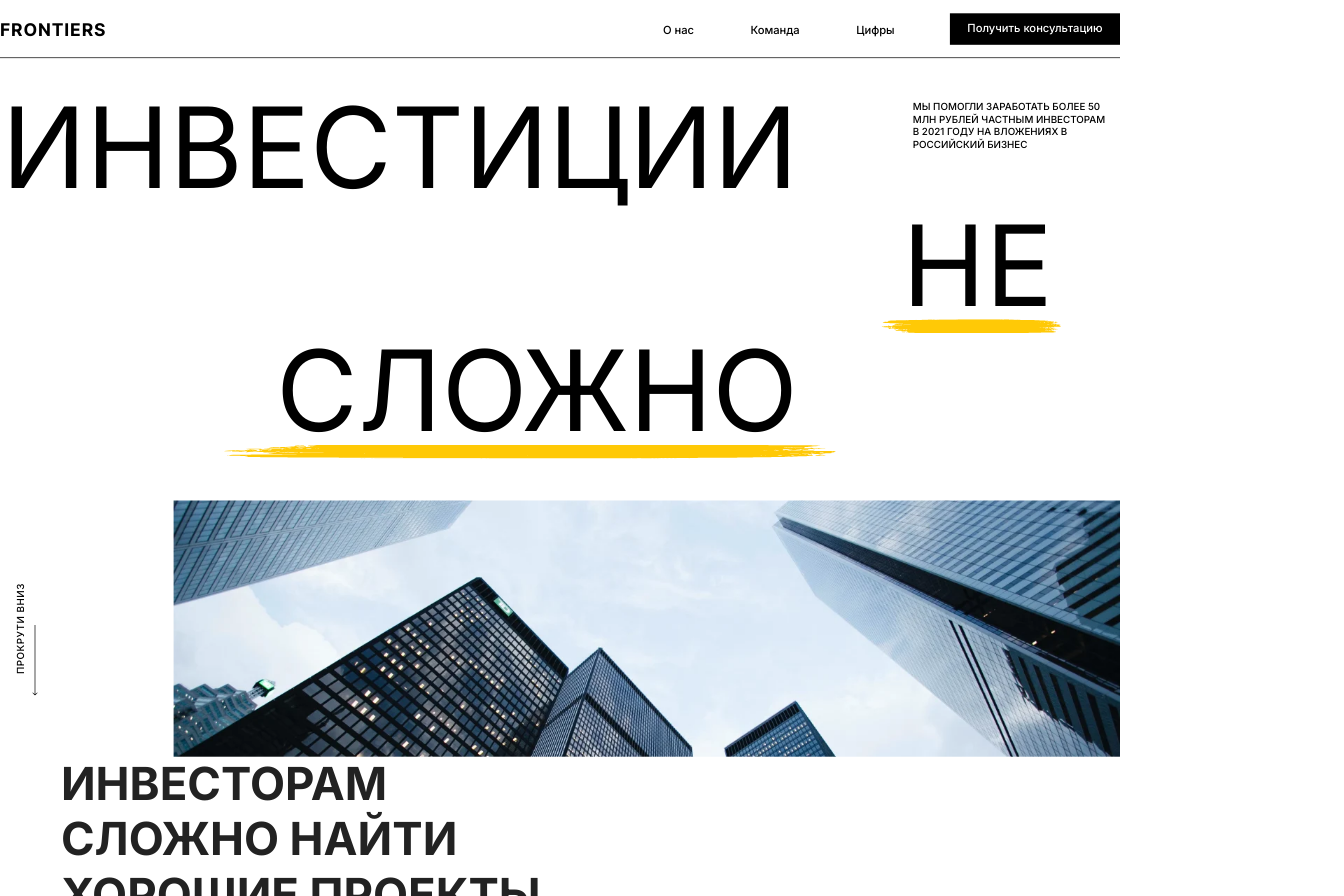
Repository: NadyaKorvin/frontiers
Page: /
An editor plug-in stored every save of this project. The page is shown before and after the next save, followed by the edit.
The browser window is 1280 px wide. The page is 1920 px wide, so the pictures cover 1920 px, including what lies to the right of the window. The pictures show the part of the page from y = 0 to 1280 px (the page is 2633 px tall), at 70% of full size.
The project was rebuilt for these pictures with package versions that can differ from the ones it lists, and the page was loaded fresh each time.

Above is the page before, as saved 2022-05-26 17:32:44.

### public/index.html
<!DOCTYPE html>
<html lang="en">
  <head>
    <meta charset="utf-8" />
    <link rel="icon" href="%PUBLIC_URL%/favicon.ico" />
    <meta name="viewport" content="width=device-width, initial-scale=1" />
    <meta name="theme-color" content="#000000" />
    <meta name="description" content="Web site created using create-react-app" />
    <link rel="apple-touch-icon" href="%PUBLIC_URL%/logo192.png" />
    <link rel="manifest" href="%PUBLIC_URL%/manifest.json" />
    <link rel="preconnect" href="https://fonts.googleapis.com" />
    <link rel="preconnect" href="https://fonts.gstatic.com" crossorigin />
    <link href="https://fonts.googleapis.com/css2?family=Inter:wght@300;400;500;700&display=swap" rel="stylesheet" />
    <title>FRONTIERS</title>
  </head>
  <body>
    <noscript>You need to enable JavaScript to run this app.</noscript>
    <div id="root"></div>
  </body>
</html>

### src/index.js
import React from "react"
import ReactDOM from "react-dom/client"

import App from "./App"

const root = ReactDOM.createRoot(document.getElementById("root"))
root.render(
  <React.StrictMode>
    <App />
  </React.StrictMode>
)

### src/App.js
import { useState } from "react";
import "./App.css";
import { SecondScreenAnimation } from "./components/secondScreen/SecondScreenAnimation";
import FirstScreen from "./components/firstScreen/FirstScreen";
import LastScreen from "./components/lastScreen/LastScreen";

function App() {
  const [mousePosition, setMousePosition] = useState("");

  const listenUpperMousePosition = (event) => {
    console.log(event);
    console.log(event.target);
    setMousePosition(event.target);
  };

  return (
    <>
      <FirstScreen />
      <div className="App">
        <SecondScreenAnimation listenMousePosition={listenUpperMousePosition} />
      </div>
      <LastScreen />
    </>
  );
}
export default App;

### src/App.css
@import url("./reset.css");
@import url("./components/secondScreen/SecondScreen.css");
@import url("./font/font.css");
@import url("./components/firstScreen/FirstScreen.css");
@import url("./components/lastScreen/LastScreen.css");
@import url("./components/button/Button.css");
@import url("./components/form/Form.css");

body {
  font-family: "Inter";
}

### src/components/secondScreen/SecondScreenAnimation.js
export function SecondScreenAnimation({ listenMousePosition, mousePosition }) {
  let goUp = ""
  const goUpBlackLines = (mousePosition) => {
    if (mousePosition === "animation__text_first_part") {
      goUp = "up"
      return goUp
    }
  }
  goUpBlackLines(mousePosition)
  console.log(goUp)
  return (
    <div className="animation__text_block">
      {goUp != "up" ? (
        <div>
          <div className="animation__text" onMouseOver={listenMousePosition}>
            <p className="animation__text_first_part">Инвесторам сложно найти хорошие проекты,</p>
            <p className="animation__text_second_part">а хорошим проектам — инвестиции.</p>
          </div>
          <div className="animation__black_lines">
            <div className="animation__1th_black_line"></div>
            <div className="animation__2th_black_line"></div>
            <div className="animation__3th_black_line"></div>
          </div>
        </div>
      ) : (
        <div>
          <div className="animation__text" onMouseOver={listenMousePosition}>
            <p className="animation__text_first_part" style={{ color: "#fff" }}>
              Инвесторам сложно найти хорошие проекты,
            </p>
            <p className="animation__text_second_part" style={{ color: "#000" }}>
              а хорошим проектам — инвестиции.
            </p>
          </div>
          <div className="animation__black_lines">
            <div className="animation__1th_black_line" style={{ width: "484px", marginTop: "-475px" }}></div>
            <div className="animation__2th_black_line" style={{ width: "586px" }}></div>
            <div className="animation__3th_black_line" style={{ width: "722px" }}></div>
          </div>
        </div>
      )}
    </div>
  )
}

### src/components/lastScreen/LastScreen.js
import React from "react";
import Form from "../form/Form"
import LogoKojo from "./LogoKojo"

export default function LastScreen() {
  return (
    <>
      <section className="lastscreen">
        <div className="lastscreen__wrapper">
          <div className="lastscreen__left_content">
            <p>
              ОТПРАВЬТЕ НАМ ЗАЯВКУ НА КОНСУЛЬТАЦИЮ И МЫ ПОДБЕРЕМ ДЛЯ ВАС
              НАИБОЛЕЕ ПОДХОДЯЩУЮ СТРАТЕГИЮ
            </p>
          </div>
          <div className="lastscreen__right_content">
            <div className="lastscreen__text_form">
              <p>ЗАПОЛНИТЕ ФОРМУ И МЫ С ВАМИ СВЯЖЕМСЯ В БЛИЖАЙШЕЕ ВРЕМЯ</p>
            </div>
            <Form />
          </div>
        </div>
        <footer className="lastscreen__footer">
          <div className="lastscreen__contact">
            <p>КОНТАКТЫ</p>
            <p>Санкт-Петербург, Невский пр-кт, 71 (5 этаж)</p>
            <p>+7 000 987 6543</p>
            <p><a href="mailto:info@frontiers.ru" >info@frontiers.ru</a></p>
          </div>
          <div className="lastscreen__design">
            <p>Дизайн и разработка</p>
            <LogoKojo />
          </div>
          <div className="lastscreen__frontiers">
            <p>FRONTIERS</p>
            <p>Политика конфиденциальности</p>
            <p>© 2022 Frontiers Group</p>
          </div>
        </footer>
      </section>
    </>
  );
}

### src/reset.css
html,
body,
div,
span,
applet,
object,
iframe,
h1,
h2,
h3,
h4,
h5,
h6,
p,
blockquote,
pre,
a,
abbr,
acronym,
address,
big,
cite,
code,
del,
dfn,
em,
img,
ins,
kbd,
q,
s,
samp,
small,
strike,
strong,
sub,
sup,
tt,
var,
b,
u,
i,
center,
dl,
dt,
dd,
ol,
ul,
li,
fieldset,
form,
label,
legend,
table,
caption,
tbody,
tfoot,
thead,
tr,
th,
td,
article,
aside,
canvas,
details,
embed,
figure,
figcaption,
footer,
header,
hgroup,
menu,
nav,
output,
ruby,
section,
summary,
time,
mark,
audio,
video {
  margin: 0;
  padding: 0;
  border: 0;
  font-size: 100%;
  font: inherit;
  vertical-align: baseline;
}

:focus {
  outline: 0;
}

article,
aside,
details,
figcaption,
figure,
footer,
header,
hgroup,
menu,
nav,
section {
  display: block;
}

body {
  line-height: 1;
}

ol,
ul {
  list-style: none;
}

blockquote,
q {
  quotes: none;
}

blockquote:before,
blockquote:after,
q:before,
q:after {
  content: "";
  content: none;
}

table {
  border-collapse: collapse;
  border-spacing: 0;
}

input[type="search"]::-webkit-search-cancel-button,
input[type="search"]::-webkit-search-decoration,
input[type="search"]::-webkit-search-results-button,
input[type="search"]::-webkit-search-results-decoration {
  -webkit-appearance: none;
  -moz-appearance: none;
}

input[type="search"] {
  -webkit-appearance: none;
  -moz-appearance: none;
  -webkit-box-sizing: content-box;
  -moz-box-sizing: content-box;
  box-sizing: content-box;
}

textarea {
  overflow: auto;
  vertical-align: top;
  resize: vertical;
}

[hidden] {
  display: none;
}

html {
  font-size: 100%; /* 1 */
  -webkit-text-size-adjust: 100%; /* 2 */
  -ms-text-size-adjust: 100%; /* 2 */
}

a:focus {
  outline: thin dotted;
}

a:active,
a:hover {
  outline: 0;
}

img {
  border: 0;
  -ms-interpolation-mode: bicubic;
}

figure {
  margin: 0;
}

form {
  margin: 0;
}

fieldset {
  border: 1px solid #c0c0c0;
  margin: 0 2px;
  padding: 0.35em 0.625em 0.75em;
}

legend {
  border: 0; /* 1 */
  padding: 0;
  white-space: normal; /* 2 */
  *margin-left: -7px; /* 3 */
}

button,
input,
select,
textarea {
  font-size: 100%; /* 1 */
  margin: 0; /* 2 */
  vertical-align: baseline; /* 3 */
  *vertical-align: middle; /* 3 */
}

button,
input {
  line-height: normal;
}

button,
select {
  text-transform: none;
}

button,
html input[type="button"], /* 1 */
input[type="reset"],
input[type="submit"] {
  -webkit-appearance: button; /* 2 */
  cursor: pointer; /* 3 */
  *overflow: visible; /* 4 */
}

button[disabled],
html input[disabled] {
  cursor: default;
}

input[type="checkbox"],
input[type="radio"] {
  box-sizing: border-box; /* 1 */
  padding: 0; /* 2 */
  *height: 13px; /* 3 */
  *width: 13px; /* 3 */
}

input[type="search"] {
  -webkit-appearance: textfield; /* 1 */
  -moz-box-sizing: content-box;
  -webkit-box-sizing: content-box; /* 2 */
  box-sizing: content-box;
}

input[type="search"]::-webkit-search-cancel-button,
input[type="search"]::-webkit-search-decoration {
  -webkit-appearance: none;
}

button::-moz-focus-inner,
input::-moz-focus-inner {
  border: 0;
  padding: 0;
}

textarea {
  overflow: auto; /* 1 */
  vertical-align: top; /* 2 */
}

table {
  border-collapse: collapse;
  border-spacing: 0;
}

html,
button,
input,
select,
textarea {
  color: #222;
}

::-moz-selection {
  background: #b3d4fc;
  text-shadow: none;
}

::selection {
  background: #b3d4fc;
  text-shadow: none;
}

img {
  vertical-align: middle;
}

fieldset {
  border: 0;
  margin: 0;
  padding: 0;
}

textarea {
  resize: vertical;
}

.chromeframe {
  margin: 0.2em 0;
  background: #ccc;
  color: #000;
  padding: 0.2em 0;
}

### src/components/secondScreen/SecondScreen.css
.second__screen {
  display: flex;
  justify-content: space-between;
  margin: 0 auto;
  margin-top: 174px;
  /* придкмать решение сделать по центру*/
  display: flex;
  width: 1600px;
  height: 733px;
}

.animation__text_block {
  display: block;
  margin-left: 87px;
}

.animation__text_first_part,
.animation__text_second_part {
  width: 770px;
  text-transform: uppercase;
  font-size: 65px;
  font-weight: 700;
  line-height: 79px;
  transition: 0.6s ease-out;
}

.animation__text_second_part {
  color: #fff;
}

.animation__black_lines {
  margin-left: -10px;
  margin-top: -236px;
}

.animation__1th_black_line {
  margin-bottom: 5px;
  height: 75px;
  width: 444px;
  background-color: #000;
  transition: 0.6s ease-out;
}

.animation__2th_black_line {
  margin-bottom: 5px;
  height: 75px;
  width: 475px;
  background-color: #000;
  transition: 0.6s ease-out;
}
.animation__3th_black_line {
  height: 75px;
  width: 502px;
  background-color: #000;
  transition: 0.6s ease-out;
}

.right__part {
  display: flex;
  margin-left: 190px;
  flex-direction: column;
}

.conversation__image {
  margin-right: 222px;
  display: block;
  width: 400px;
  height: 400px;
  background: url("../secondScreen/people.png");
}

.decoration_marks {
  margin-top: -110px;
  transform: rotate(-180deg);
  font-size: 200px;
  font-weight: 300;
}

.text_paragraph {
  margin-left: 90px;
  width: 431px;
  font-size: 18px;
  font-weight: 400;
  line-height: 23px;
  text-transform: uppercase;
  line-height: 130%;
}

### src/font/font.css
@font-face {
  font-family: "Inter";
  src:
    url("./Inter-Bold.ttf") format("truetype")
    url("./Inter-Bold.woff2") format("woff2"),
    url("./Inter-Bold.woff") format("woff");
  font-weight: 700;
  font-style: normal;
  font-stretch: normal;
  unicode-range: U+0020-E0D0;
}

@font-face {
  font-family: "Inter";
  src:
    url("./Inter-Regular.woff2") format("woff2"),
    url("./Inter-Regular.ttf") format("truetype")
    url("./Inter-Regular.woff") format("woff");
  font-weight: 400;
  font-style: normal;
  font-stretch: normal;
  unicode-range: U+0020-E0D0;
}

@font-face {
    font-family:'Inter Medium';
    src:
        url("./Inter-Medium.ttf") format("truetype")
        url('Inter-Medium.woff2') format('woff2'),
		url('Inter-Medium.woff') format('woff');
    font-weight: 500;
    font-style: normal;
    font-stretch: normal;
    unicode-range: U+0020-E0D0;
}

@font-face {
    font-family:'Inter Light';
    src:
        url("./Inter-Light.ttf") format("truetype")
        url('Inter-Light.woff2') format('woff2'),
		url('Inter-Light.woff') format('woff');
    font-weight: 300;
    font-style: normal;
    font-stretch: normal;
    unicode-range: U+0020-E0D0;
}

### src/components/firstScreen/FirstScreen.css
.firstscreen {
  height: 1080px;
}

.firstscreen__header {
  width: 1600px;
  height: 82px;
  margin: 0 auto;
  border-bottom: 1px solid #000000;
  display: flex;
  justify-content: space-between;
}

.firstscreen__logotype {
  width: 151px;
  height: 30px;
  padding-top: 27px;
  font-family: "Inter";
  font-style: normal;
  font-weight: 700;
  font-size: 25px;
  line-height: 30px;
  letter-spacing: 0.05em;
  color: #000000;
}

.firstscreen__menu {
  width: 653px;
  display: flex;
  justify-content: space-between;
}

.firstscreen__nav {
  margin-top: 33px;
  width: 331px;
}

.firstscreen__nav_team {
  display: flex;
  justify-content: space-between;
  font-family: "Inter";
  font-style: normal;
  font-weight: 500;
  font-size: 16px;
  line-height: 19px;
  color: #000000;
}

.firstscreen__button {
  margin-top: 19px;
  width: 243px;
  height: 45px;
  background: #000000;
}

.firstscreen__text_btn {
  padding-top: 12px;
  padding-bottom: 12px;
  font-family: "Inter";
  font-style: normal;
  font-weight: 500;
  font-size: 16px;
  line-height: 19px;
  text-align: center;
  color: #ffffff;
}

.firstscreen__content {
  margin: 0 auto;
  width: 1600px;
  margin-top: 30px;
  display: flex;
}

.firstscreen__content_left_text {
  width: 1140px;
  height: 542px;
  display: flex;
  flex-direction: column;
  justify-content: space-between;
  text-align: end;
  font-family: "Inter";
  font-style: normal;
  font-weight: 400;
  font-size: 160px;
  line-height: 194px;
  text-transform: uppercase;
  color: #000000;
}

.firstscreen__content_vector_complex {
  margin-top: -20px;
  margin-left: 320px;
  width: 874px;
  height: 20px;
  background: url("./complex.svg");
}

.firstscreen__content_rihgt_text {
  margin-top: 30px;
  margin-left: 164px;
  width: 279px;
  height: 332px;
}

.firstscreen__content_rihgt_text_up {
  font-family: "Inter";
  font-style: normal;
  font-weight: 500;
  font-size: 14px;
  line-height: 130%;
  text-transform: uppercase;
  color: #000000;
}

.firstscreen__content_rihgt_text_down {
  margin-top: 66px;
  margin-left: -15px;
  width: 215px;
  height: 194px;
  font-family: "Inter";
  font-style: normal;
  font-weight: 400;
  font-size: 160px;
  line-height: 194px;
  text-transform: uppercase;
  color: #000000;
}

.firstscreen__content_vector_not {
  margin-top: -20px;
  margin-left: -30px;
  width: 256px;
  height: 20px;
  background: url(./not.svg);
}

.firstscreen__content_bottom_content {
  margin: 0 auto;
  margin-top: 60px;
  width: 1600px;
  display: flex;
  justify-content: space-between;
}

.firstscreen__content_bottom_content_left {
  display: flex;
}

.firstscreen__content_bottom_content_left_scrolldown {
  margin-left: 139px;
  font-family: "Inter";
  font-style: normal;
  font-weight: 500;
  font-size: 14px;
  line-height: 17px;
  letter-spacing: 0.05em;
  color: #000000;
  transform: rotate(-90deg);
}

.firstscreen__content_pointer {
  margin-top: 178px;
  margin-left: -223px;
}

.firstscreen__img {
  width: 1352px;
  height: 366px;
  pading-right: 160px;
}

### src/components/lastScreen/LastScreen.css
.lastscreen {
  width: 1920px;
  height: 1080px;
}

.lastscreen__wrapper {
  position: relative;
  top: 109px;
  left: 170px;
  display: flex;
  justify-content: space-between;
  width: 1590px;
  height: 553px;
}

.lastscreen__left_content {
  position: relative;
  width: 775px;
  height: 553px;
  box-sizing: border-box;
  font-family: "Inter";
  font-style: normal;
  font-weight: 700;
  font-size: 65px;
  line-height: 79px;
  text-transform: uppercase;
  color: #000000;
}

.lastscreen__right_content {
  position: relative;
  width: 529px;
  height: 553px;
}

.lastscreen__text_form {
  width: 529px;
  height: 46px;
  left: 1231px;
  top: 4438px;
  font-family: "Inter";
  font-style: normal;
  font-weight: 400;
  font-size: 18px;
  line-height: 130%;
  text-transform: uppercase;
  color: #000000;
}

.lastscreen__footer {
  position: relative;
  margin: 308px 160px 0;
  width: 1600px;
  border-top: 1px solid #000000;
  bottom: 0px;
  display: flex;
  justify-content: space-between;
}

.lastscreen__contact {
  width: 357px;
}

.lastscreen__contact > p:nth-child(1) {
  padding: 33px 0 20px;
  font-family: "Inter";
  font-style: normal;
  font-weight: 700;
  font-size: 25px;
  line-height: 30px;
  color: #000000;
}

.contact > p:nth-child(2),
.contact > p:nth-child(3),
.contact > p:nth-child(4) {
  padding-bottom: 15px;
}

.design {
  padding-top: 150px;
  width: 260px;
  display: flex;
  margin-left: -80px;
  justify-content: space-between;
}

.frontiers {
  width: 250px;
  text-align: end;
}

.lastscreen__frontiers > p:nth-child(1) {
    padding: 30px 0 57px;
    font-family: "Inter";
    font-style: normal;
    font-weight: 700;
    font-size: 25px;
    line-height: 30px;
    color: #000000;
  }

.lastscreen__frontiers > p:nth-child(2),
.lastscreen__frontiers > p:nth-child(3) {
    padding-bottom: 15px;
}

a {
    text-decoration: none;
    color: #000000;
}

### src/components/button/Button.css
.form__button {
  position: relative;
  display: block;
  width: 243px;
  height: 55px;
  font-family: "Inter";
  font-size: 16px;
  background-color: #000000;
  border: 0;
  text-align: center;
  cursor: pointer;
  font-family: "Inter";
  font-style: normal;
  font-weight: 500;
  font-size: 16px;
  line-height: 19px;
  color: #ffffff;
}

### src/components/form/Form.css
.form {
  margin-top: 60px;
  width: 529px;
  height: 355px;
  border-top: 1px solid #d1d1d1;
}

.form__input,
.form__textarea {
  width: 529px;
  height: 80px;
  border: 0;
  outline: none;
  font-size: 18px;
  color: #000000;
  text-transform: uppercase;
}

.form__textarea {
  height: 80px;
  line-height: 80px;
  overflow: hidden;
  /* resize: none; */
}

.form__borders {
  border-bottom: 1px solid #d1d1d1;
}

.form__consent {
  display: -webkit-box;
  display: -ms-flexbox;
  display: flex;
  margin: 30px 0 0;
}

.form__policy_text {
  margin-top: 15px;
  margin-left: 15px;
  width: 250px;
  height: 40px;
  box-sizing: border-box;
  font-family: "Inter";
  font-style: normal;
  font-weight: 400;
  font-size: 13px;
  line-height: 150%;
  color: #787878;
}

.form__checkbox {
  opacity: 0;
  width: 0;
}

.form__checkfake {
  margin: 15px 0;
  display: block;
  width: 15px;
  height: 15px;
  border: 1px solid #1f1f1f;
  cursor: pointer;
}

.form__checkfake::before {
  content: "";
  position: absolute;
  display: block;
  width: 14px;
  height: 14px;
  background: url("./checkmark.svg");
  opacity: 0;
}

.form__checkbox:checked + .form__checkfake::before {
  opacity: 1;
}

.form__focus {
  text-transform: uppercase;
  color: #ff0000;
  margin-bottom: 10px;
  font-size: 13px;
}

.form__focus_consent {
  position: relative;
  top: 10px;
  text-transform: uppercase;
  color: #ff0000;
  font-size: 13px;
}

.form__btn {
    margin-top: 14px;
  position: relative;
  overflow: hidden;
}

### src/components/button/Button.js
import React from "react";

export default function Button({ title }) {
  return (
    <>
      <button className="form__button" >
        {title}
      </button>
    </>
  );
}

Loaded but not shown: src/components/lastScreen/LogoKojo.js (76 lines, source omitted); src/components/form/Form.js (142 lines, source omitted); src/components/firstScreen/FirstScreen.js (72 lines, source omitted)

After the next save:
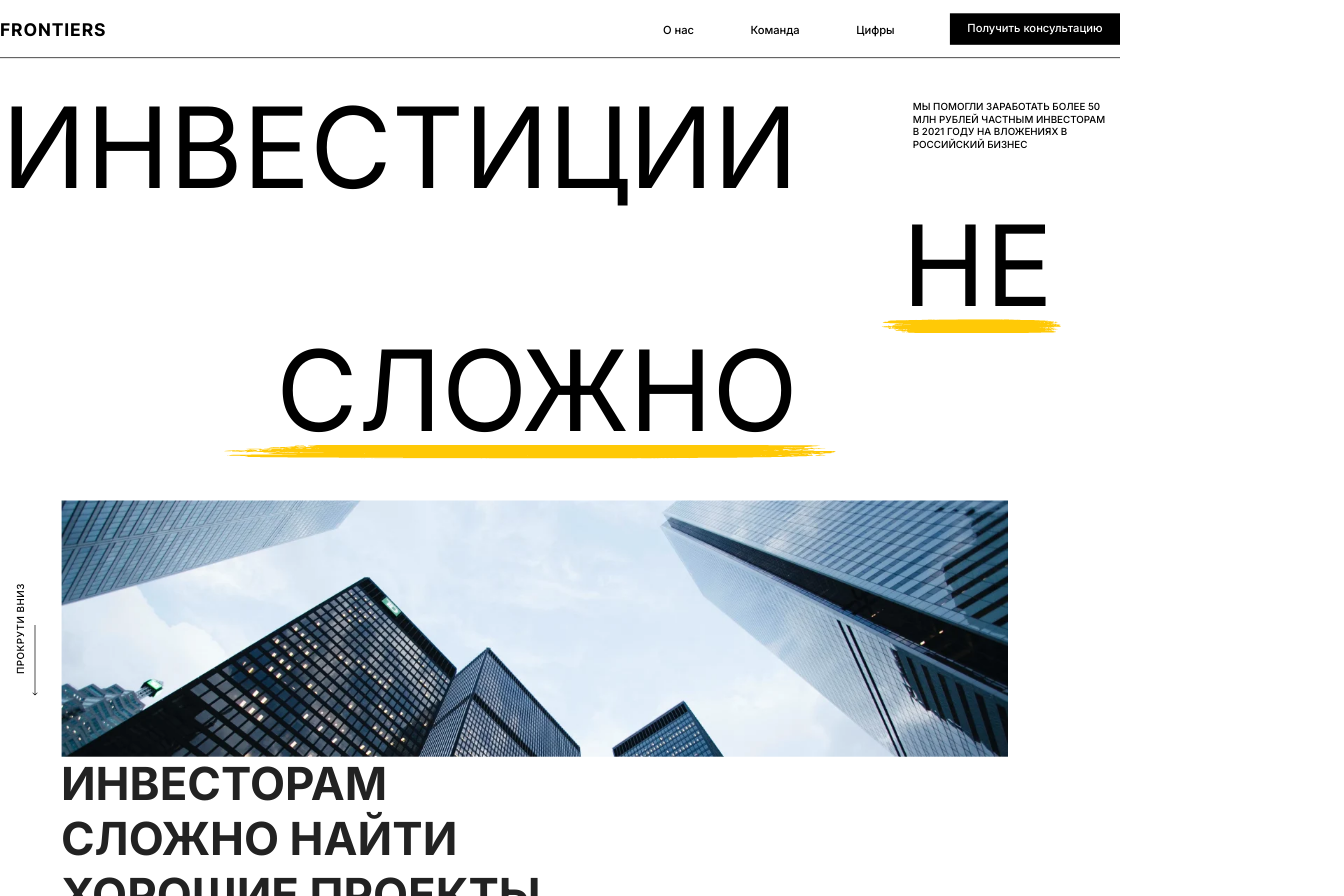
Saved 7 s later.
--- a/src/components/firstScreen/FirstScreen.css
+++ b/src/components/firstScreen/FirstScreen.css
@@ -167,5 +167,5 @@
 .firstscreen__img {
   width: 1352px;
   height: 366px;
-  pading-right: 160px;
+  padding-right: 160px;
 }

After the save that followed:
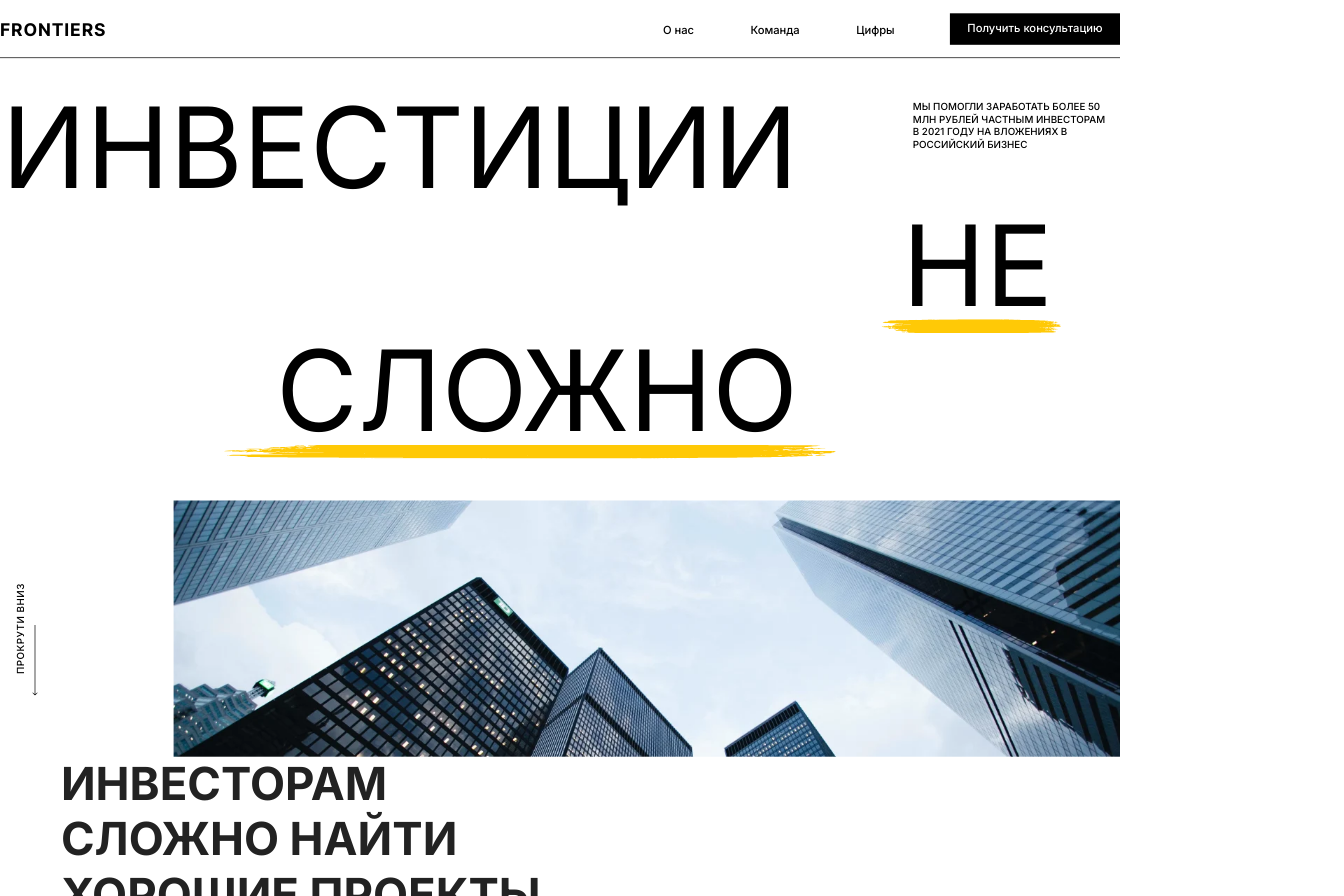
Saved 11 s later.
--- a/src/components/firstScreen/FirstScreen.css
+++ b/src/components/firstScreen/FirstScreen.css
@@ -167,5 +167,5 @@
 .firstscreen__img {
   width: 1352px;
   height: 366px;
-  padding-right: 160px;
+  padding-right: -160px;
 }
